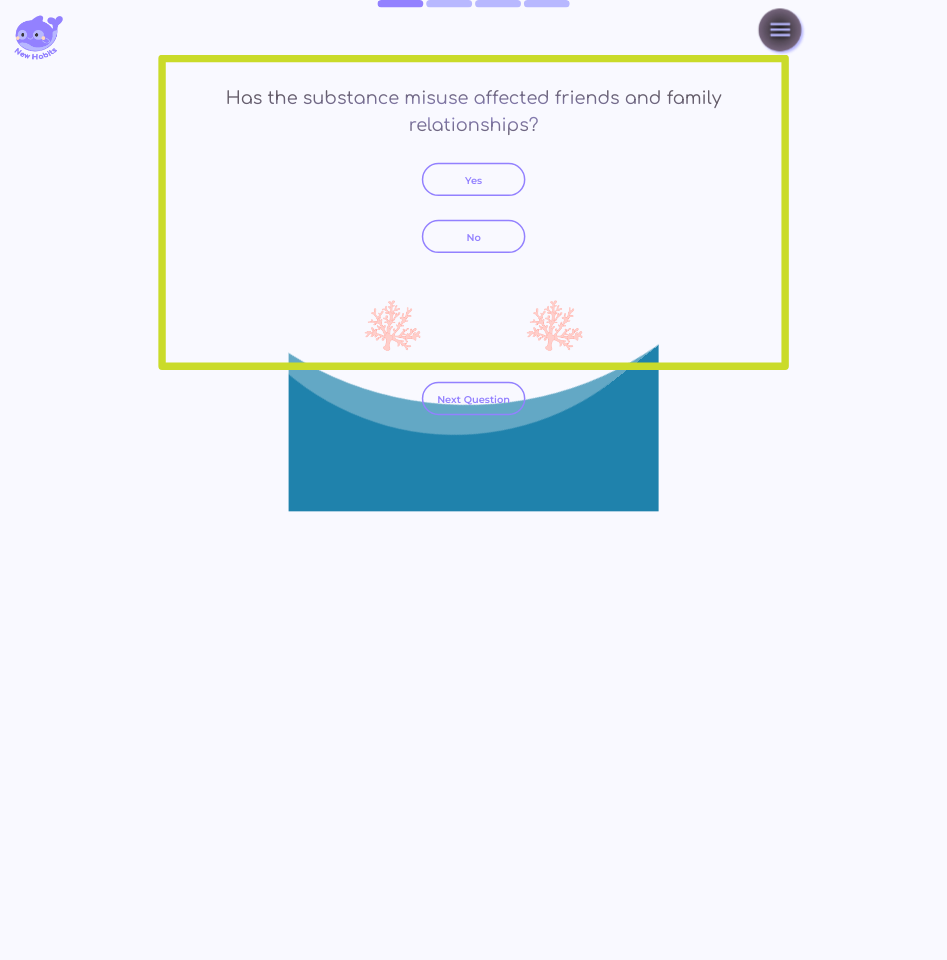
Repository: olivia-sk/MDIA-2109-2106-Big-Project
Page: /question1_6/questionone
The author's editor kept a copy of each file at every save. The page is drawn from the files as they stood at one save, then again after the next save.
The browser window is 1280 px wide. The pictures show the whole page, at 74% of full size.
The project was rebuilt for these pictures with package versions that can differ from the ones it lists, and the page was loaded fresh each time. The framework's server and built-in components were replaced by stand-ins that run in the browser. Also part of the build but not shown: next.config.js.

Above is the page before, as saved 2023-05-01 12:06:05.

After the next save:
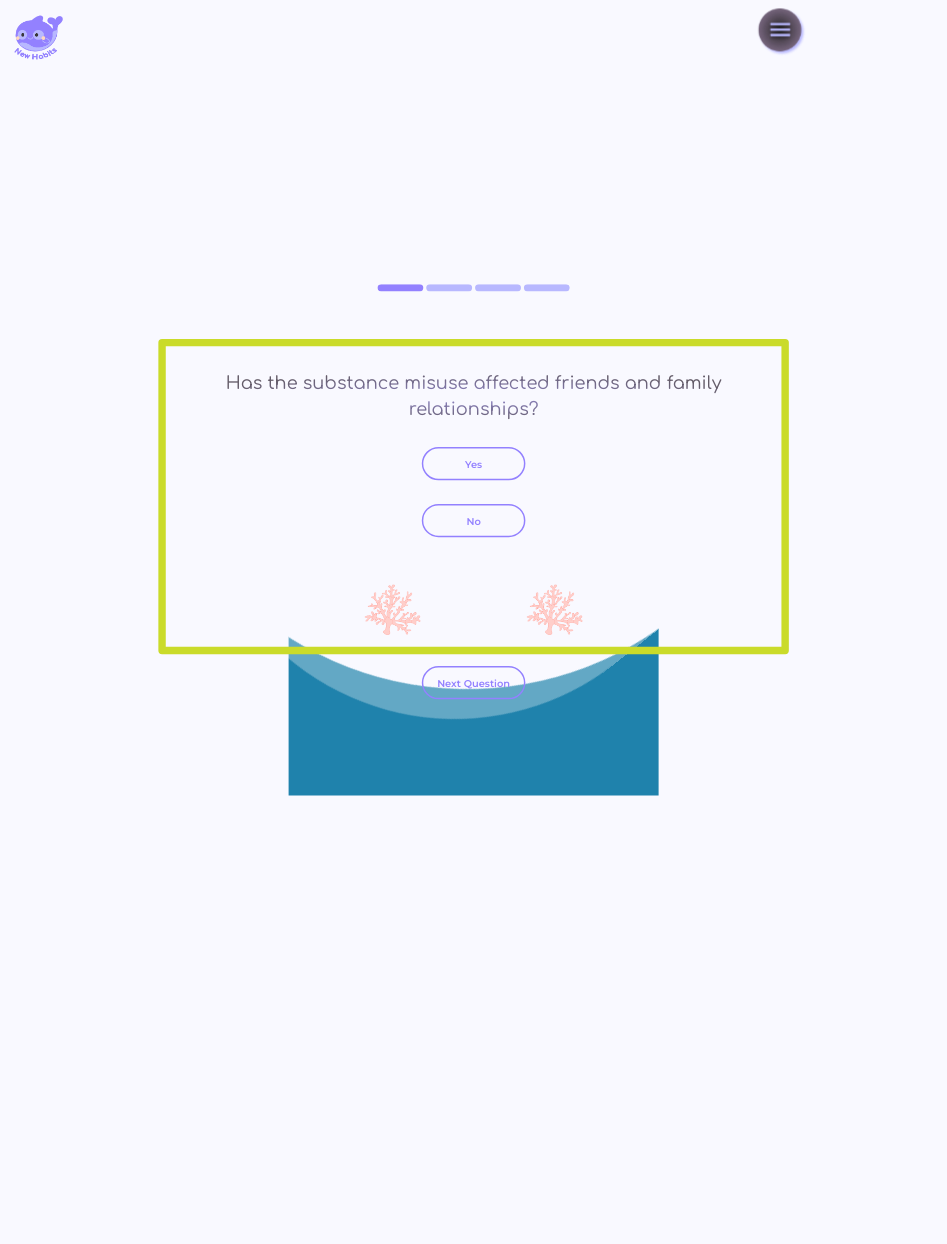
Saved 16 s later.
--- a/styles/Question1.module.css
+++ b/styles/Question1.module.css
@@ -11,6 +11,7 @@
   flex-direction: column;
   justify-content: center;
   align-items: center;
+  padding-top: 30%;
 }
 
 .image_container {
